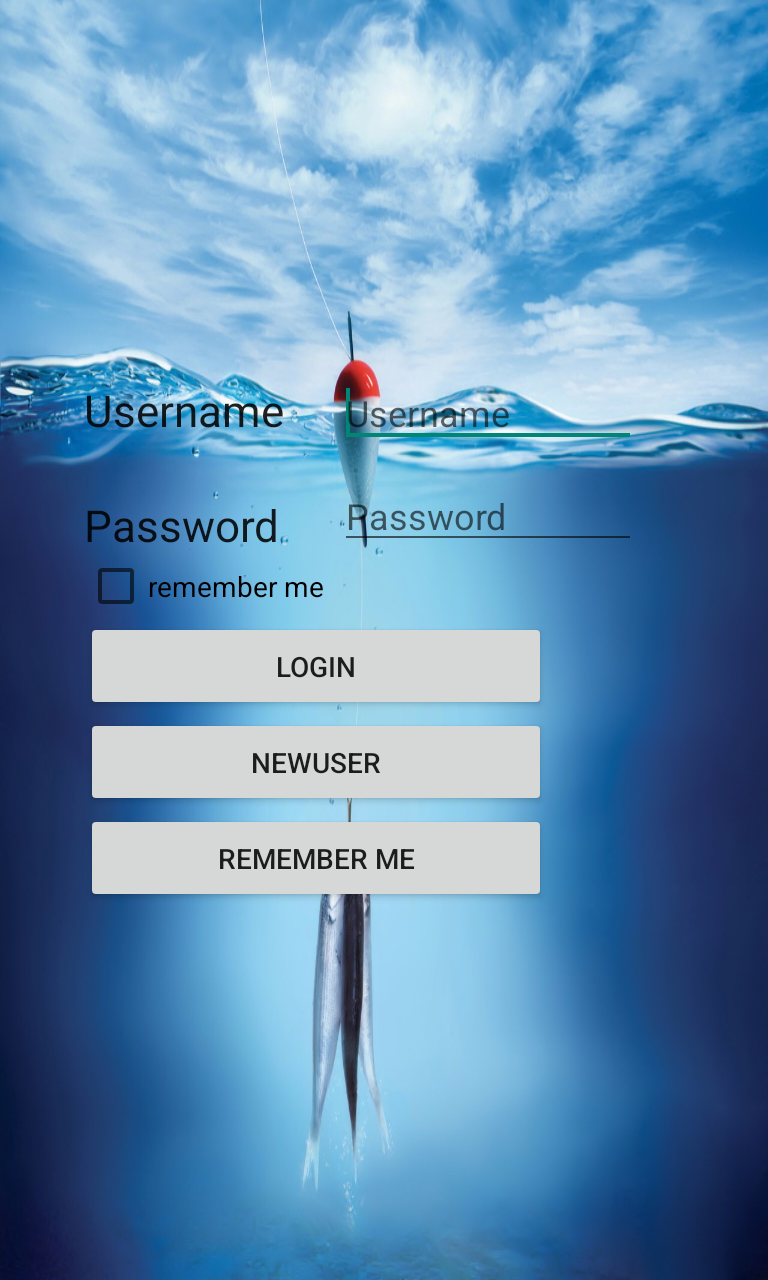
Repository: zerox2012/Fall2014Android
Layout: FishingBuddy/res/layout/activity_login.xml
These files come from the project's save history. The layout is drawn as it stood at one moment and after the next save; the edit follows.
It is drawn on a 768 x 1280 px phone screen (xhdpi) without system bars, with theme AppTheme; the app's code is not run.

Above is the layout before, as saved 2014-10-20 19:58:57.

After the next save:
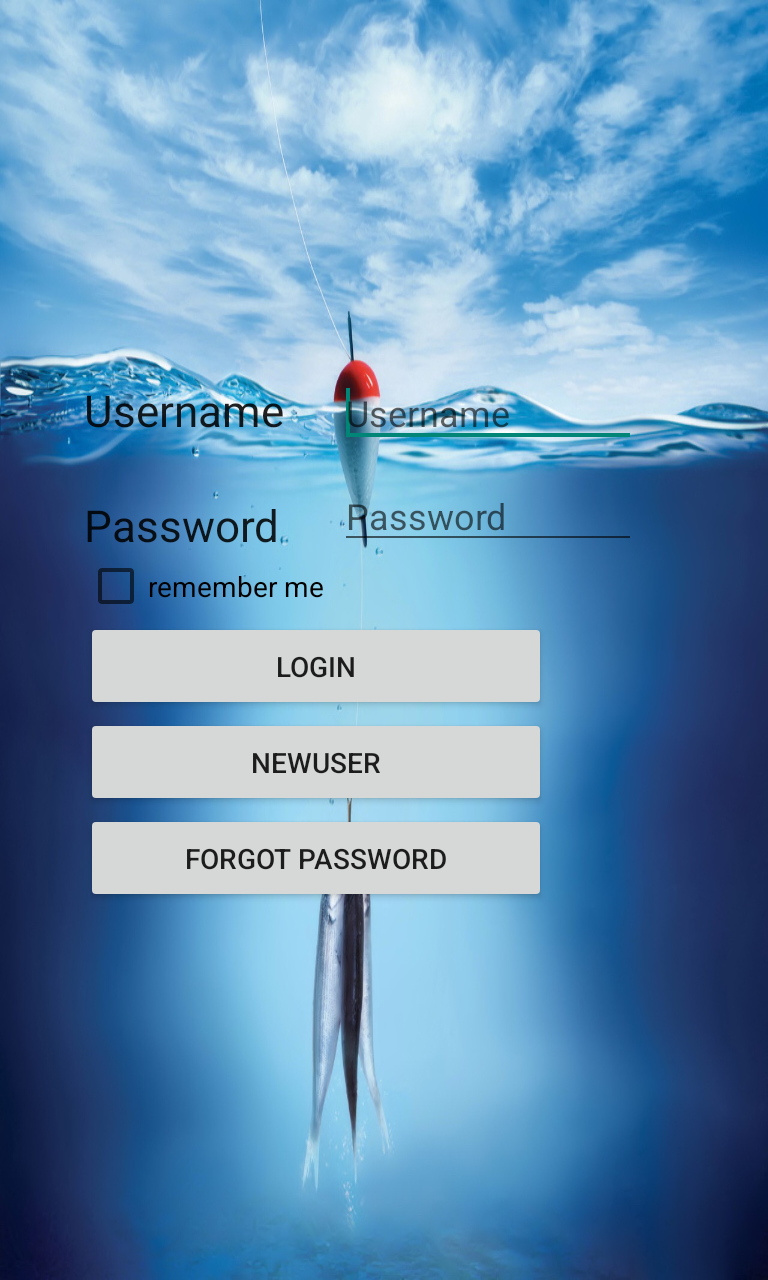
Saved 2 min 1 s later.
--- a/FishingBuddy/res/layout/activity_login.xml
+++ b/FishingBuddy/res/layout/activity_login.xml
@@ -63,7 +63,7 @@
         android:layout_alignRight="@+id/input_username"
         android:layout_below="@+id/button_new_user"
         android:layout_marginRight="45dp"
-        android:text="@string/remember_me" />
+        android:text="@string/forgot_password" />
 
     <CheckBox
         android:id="@+id/checkBox1"
